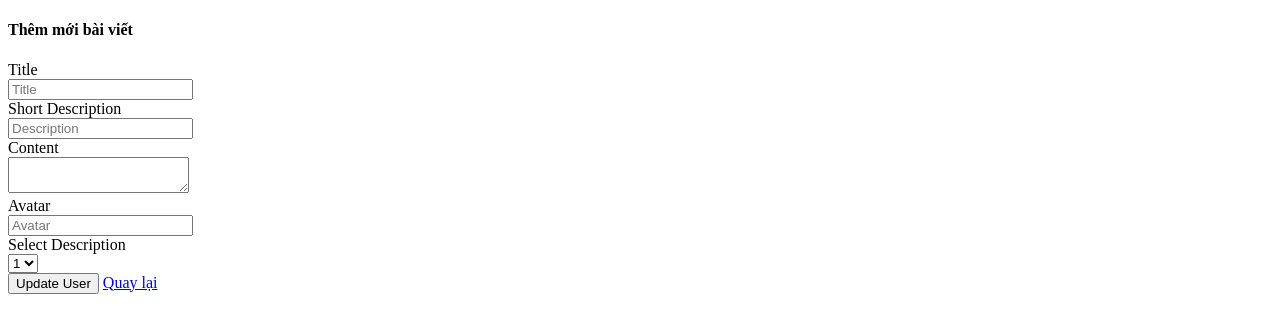
Repository: Hai1820/News
Page: http://localhost/Servlet-Basic/views/admin/news/list-edit.jsp
The author's editor kept a copy of each file at every save. The page is drawn from the files as they stood at one save, then again after the next save.
The browser window is 1280 px wide. The pictures show the whole page.
The page is served by Tomcat 9. Nobody is signed in. The application's start-up code is not run. Other server files are loaded and not shown.

Above is the page before, as saved 2021-07-15 03:09:58.

### Servlet-Basic/src/main/webapp/views/admin/news/list-edit.jsp
<%@ page language="java" contentType="text/html; charset=UTF-8"
	pageEncoding="UTF-8"%>
<!DOCTYPE html>
<html>
<head>
<meta charset="UTF-8">
<title>Insert title here</title>
</head>
<body>

	<div class="row bg-title">
		<div class="col-lg-3 col-md-4 col-sm-4 col-xs-12">
			<h4 class="page-title">Thêm mới bài viết</h4>
		</div>
	</div>
	<!-- /.row -->
	<!-- .row -->
	<div class="row">
		<div class="col-md-2 col-12"></div>
		<div class="col-md-8 col-xs-12">
			<div class="white-box">
				<form method="post" action="" class="form-horizontal form-material">
					<input type="hidden" name="id" value=""
						class="form-control form-control-line">
					<div class="form-group">
						<label class="col-md-12">Title</label>
						<div class="col-md-12">
							<input value="" name="title" type="text" placeholder="Title"
								class="form-control form-control-line">
						</div>
					</div>
					<div class="form-group">
						<label class="col-md-12">Short Description</label>
						<div class="col-md-12">
							<input value="" name="Short Description" type="text"
								placeholder="Description" class="form-control form-control-line">
						</div>
					</div>
					<div class="input-group">
						<label class="col-md-12">Content</label>
						<div class="col-md-12">
							<textarea class="form-control" aria-label="With textarea"></textarea>
						</div>
					</div>
					<div class="form-group">
						<label class="col-md-12">Avatar</label>
						<div class="col-md-12">
							<input value="" type="text" placeholder="Avatar" name="avatar"
								class="form-control form-control-line">
						</div>
					</div>

					<div class="form-group">
						<label class="col-sm-12">Select Description</label>
						<div class="col-sm-12">
							<select name="roleId" class="form-control form-control-line">
								<option>1</option>
							</select>
						</div>
					</div>
					<div class="form-group">
						<div class="col-sm-12">
							<button type="submit" class="btn btn-success">Update
								User</button>
							<a href="#" class="btn btn-primary">Quay lại</a>
						</div>
					</div>
				</form>
			</div>
		</div>
		<div class="col-md-2 col-12"></div>
	</div>

</body>
</html>

After the next save:
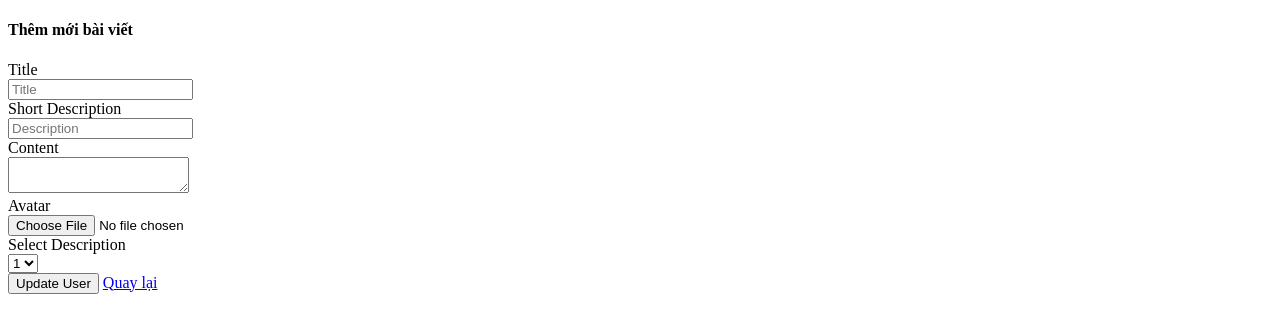
Saved 40 s later.
--- a/Servlet-Basic/src/main/webapp/views/admin/news/list-edit.jsp
+++ b/Servlet-Basic/src/main/webapp/views/admin/news/list-edit.jsp
@@ -45,8 +45,8 @@
 					<div class="form-group">
 						<label class="col-md-12">Avatar</label>
 						<div class="col-md-12">
-							<input value="" type="text" placeholder="Avatar" name="avatar"
-								class="form-control form-control-line">
+							<input id="input-b1" name="input-b1" type="file" class="file"
+								data-browse-on-zone-click="true">
 						</div>
 					</div>
 
